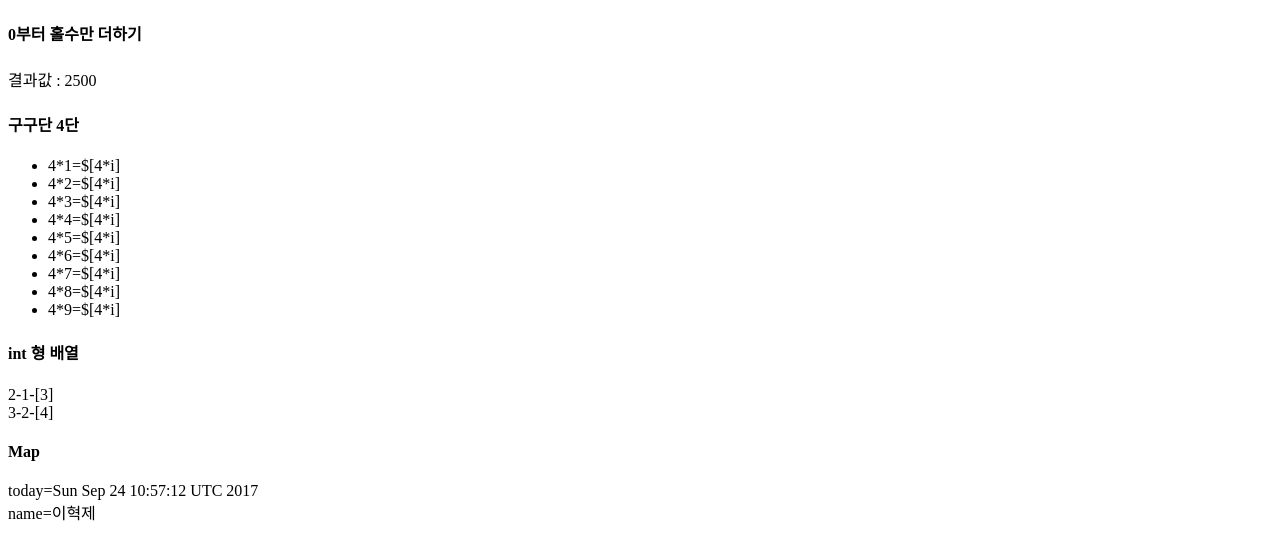
Repository: LeeHyukJe/LHJ
Page: http://localhost/mybbs/chap12/user_forEach_tag.jsp
The author's editor kept a copy of each file at every save. The page is drawn from the files as they stood at one save, then again after the next save.
The browser window is 1280 px wide. The pictures show the whole page.
The page is served by Tomcat 9. Other server files are loaded and not shown.

Above is the page before, as saved 2017-09-27 03:50:38.

### mybbs/WebContent/chap12/user_forEach_tag.jsp
<%@ page language="java" contentType="text/html; charset=UTF-8"
	pageEncoding="UTF-8"%>
<%@ taglib prefix="c" uri="http://java.sun.com/jsp/jstl/core"%>
<%@page import="java.util.*" %>
<%
	HashMap<String, Object> mapData=new HashMap<String, Object>();
	mapData.put("name", "이혁제");
	mapData.put("today",new java.util.Date());
%>
<c:set var="intArray" value="<%=new int[]{1,2,3,4} %>"/>
<c:set var="map" value="<%=mapData %>"/>
<!DOCTYPE html PUBLIC "-//W3C//DTD HTML 4.01 Transitional//EN" "http://www.w3.org/TR/html4/loose.dtd">
<html>
<head>
<meta http-equiv="Content-Type" content="text/html; charset=UTF-8">
<title>Insert title here</title>
</head>
<body>
	<h4>0부터 홀수만 더하기</h4>
	<c:set var="sum" value="0"/>
	<c:forEach var="i" begin="1" end="100" step="2">
	<c:set var="sum" value="${sum+i }"/>
	</c:forEach>
	결과값  : ${sum }

	<h4>구구단 4단</h4>
	<ul>
	<c:forEach var="i" begin="1" end="9" step="1">
		<li> 4*${i }=$[4*i]</li>
	</c:forEach>

	</ul>

	<h4>int 형 배열</h4>
	<c:forEach var="i" items="${intArray }" begin="2" end="4" varStatus="status">
		${status.index }-${status.count }-[${i }]<br>
	</c:forEach>

	<h4>Map</h4>
	<c:forEach var="i" items="${map }">
		${i.key }=${i.value }<br>
	</c:forEach>
</body>
</html>

After the next save:
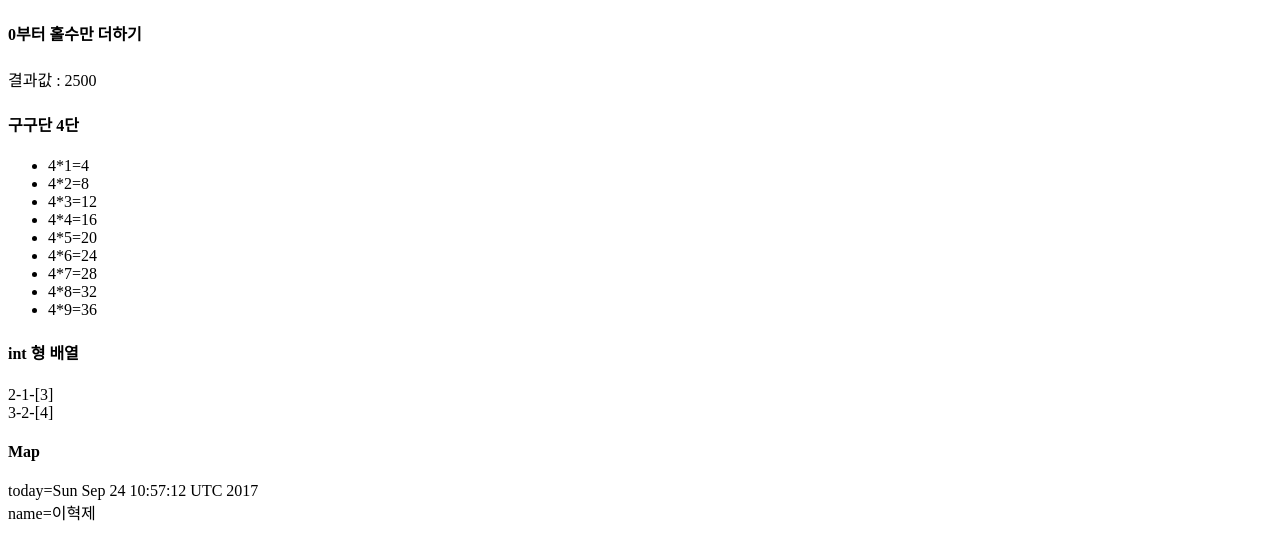
Saved 23 s later.
--- a/mybbs/WebContent/chap12/user_forEach_tag.jsp
+++ b/mybbs/WebContent/chap12/user_forEach_tag.jsp
@@ -26,7 +26,7 @@
 	<h4>구구단 4단</h4>
 	<ul>
 	<c:forEach var="i" begin="1" end="9" step="1">
-		<li> 4*${i }=$[4*i]</li>
+		<li> 4*${i }=${4*i }</li>
 	</c:forEach>
 
 	</ul>
